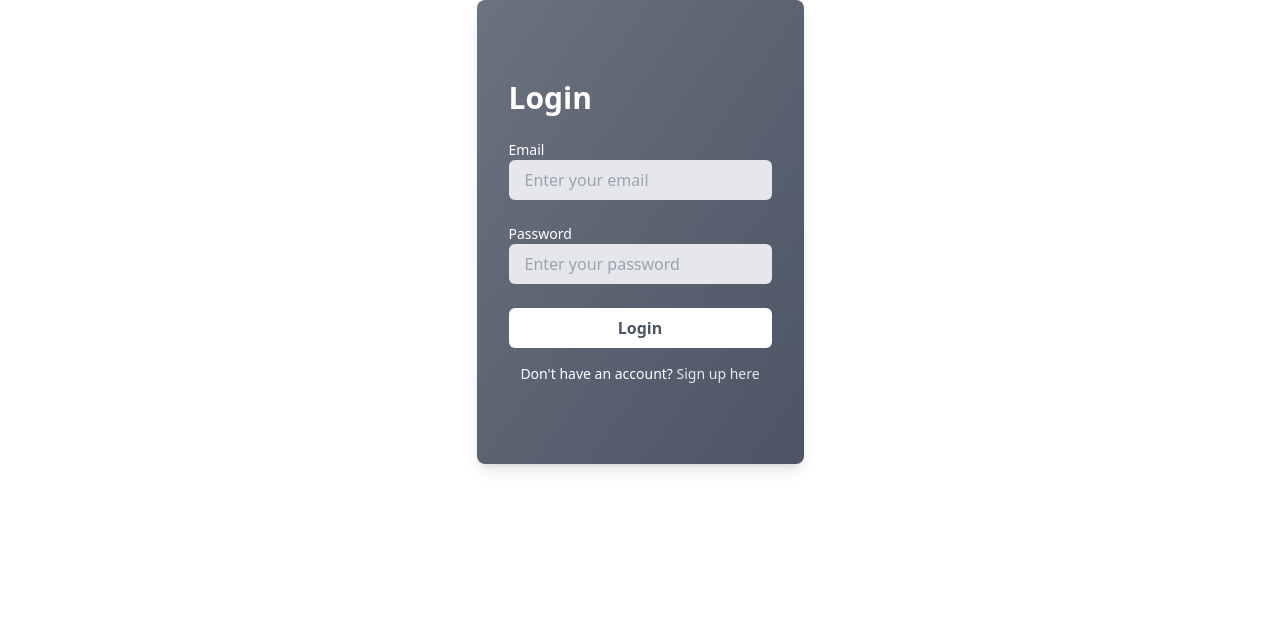
Repository: shaafsalman/product-Management-MERN
Page: / (app in frontend/)
An editor plug-in stored every save of this project. The page is shown before and after the next save, followed by the edit.
The browser window is 1280 px wide. The pictures show the whole page.
The project was rebuilt for these pictures with package versions that can differ from the ones it lists, and the page was loaded fresh each time. Also part of the build but not shown: frontend/vite.config.js, frontend/src/Pages/NoPage.jsx.

Above is the page before, as saved 2024-05-14 00:44:01.

After the next save:
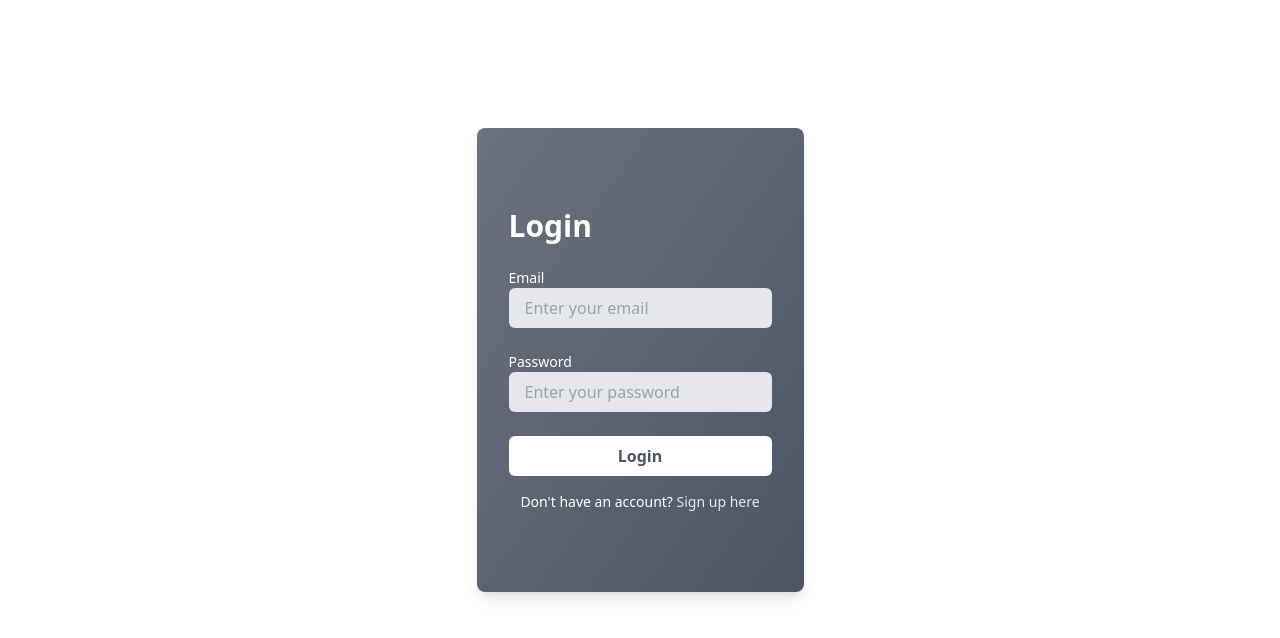
Saved 56 s later.
--- a/frontend/src/Pages/Login.jsx
+++ b/frontend/src/Pages/Login.jsx
@@ -3,7 +3,7 @@ import { Link } from 'react-router-dom';
 
 const Login = () => {
   return (
-    <div className="flex justify-center items-center h-full">
+    <div className="flex justify-center items-center h-screen"> {/* Use h-screen to make the parent container fill the entire height of the viewport */}
       <div className="max-w-lg rounded-lg overflow-hidden shadow-lg bg-gradient-to-br from-gray-500 to-gray-600">
         <div className="lg:px-8 lg:py-20 px-6 py-12">
           <h2 className="text-3xl font-semibold text-white mb-6">Login</h2>
